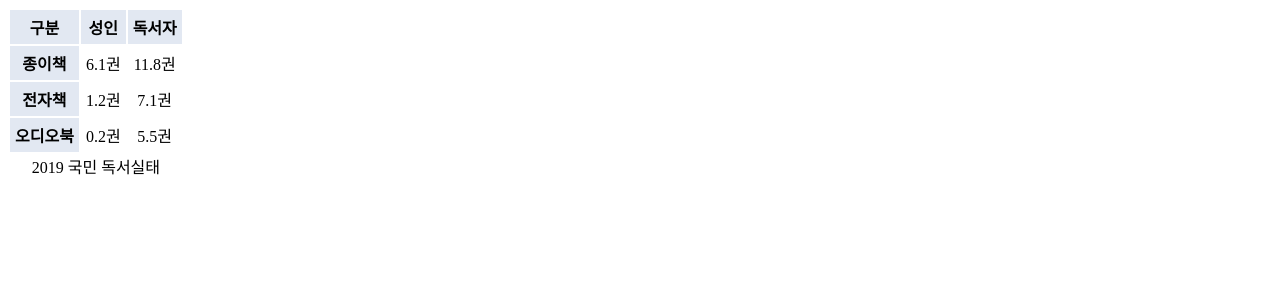
Repository: Kebiskim/2023_WebStudy
Page: 01_css/src/main/webapp/day01/Ex10_test2_2.html
An editor plug-in stored every save of this project. The page is shown before and after a run of saves, followed by the edit.
The browser window is 1280 px wide. The pictures show the whole page.

Above is the page before, as saved 2023-06-23 06:02:13.

After the next 2 saves:
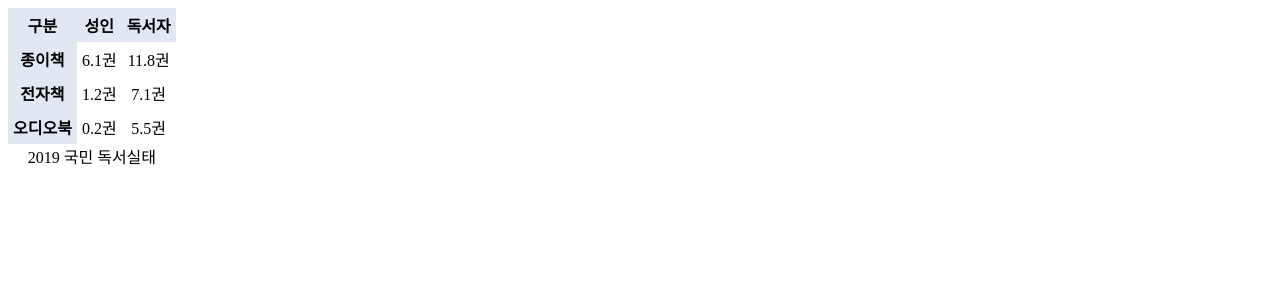
The 2 saves are shown as one change because they came seconds apart.
The last was saved 22 s later.
--- a/01_css/src/main/webapp/day01/Ex10_test2_2.html
+++ b/01_css/src/main/webapp/day01/Ex10_test2_2.html
@@ -5,7 +5,8 @@
 <title>Reading</title>
 <style>
 	#table1{
-		border-width: 0px;
+		border-collapse: collapse;
+		caption-side: bottom;
 	}
 	th, td{
 		text-align: center;
@@ -17,7 +18,7 @@
 	}
 
 	.cap-bottom{
-		caption-side: bottom;
+
 	}
 </style>
 </head>
